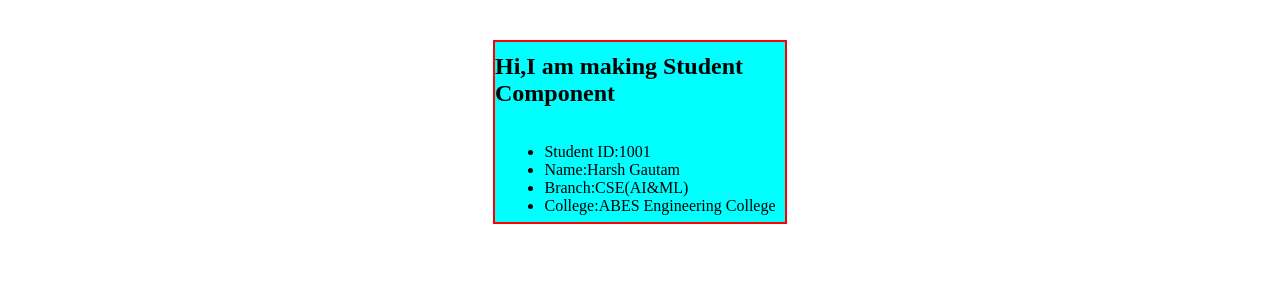
Repository: ashurauza/FSD_Sem5
Page: / (app in FSD_Sem5/CSS/ReactRevisionDOM/)
These files come from the project's save history. The page is drawn as it stood at one moment and after the next save; the edit follows.
The browser window is 1280 px wide. The pictures show the whole page.
The project was rebuilt for these pictures with package versions that can differ from the ones it lists, and the page was loaded fresh each time.

Above is the page before, as saved 2025-10-29 15:32:02.

### FSD_Sem5/CSS/ReactRevisionDOM/index.html
<!DOCTYPE html>
<html lang="en">
<head>
    <meta charset="UTF-8">
    <meta name="viewport" content="width=device-width, initial-scale=1.0">
    <title>RevisionDOM</title>
</head>
<body>
    <div id="parent"></div>
    <script src="https://unpkg.com/react@18/umd/react.development.js" crossorigin></script>
    <script src="https://unpkg.com/react-dom@18/umd/react-dom.development.js" crossorigin></script>
    <script src="student.jsx" type="module"></script>

</body>
</html>

### FSD_Sem5/CSS/ReactRevisionDOM/student.jsx



const parent = document.getElementById("parent");
const root = ReactDOM.createRoot(parent);


const h21=<h2>
    Hi,I am making Student Component
</h2>
const li11=<li>Student ID:1001</li>
const li22=<li>Name:Harsh Gautam</li>
const li33=<li>Branch:CSE(AI&ML)</li>
const li44=<li>College:ABES Engineering College</li>
const ul1=<ul>{[li11,li22,li33,li44]}</ul>
const wrapper1=(
    <>
    {h21}
    {ul1}
    </>
)

const wrapper = React.createElement("div", {style: {height: "180px",
      width: "290px",
      backgroundColor: "cyan",
      border: "2px solid red",
      margin: "40px auto",
      textAlign: "left",
      display: "flex",
      flexDirection: "column",
      justifyContent: "center",
      alignItems: "center"}}, [h21, ul1]);

root.render(wrapper);

After the next save:
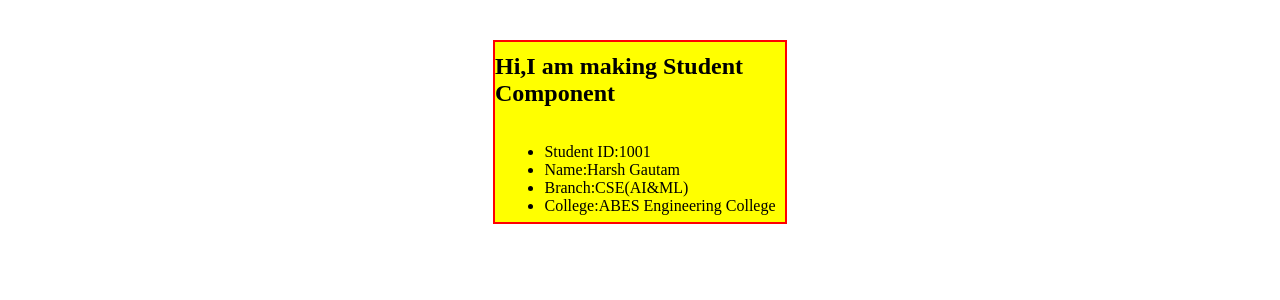
Saved 16 s later.
--- a/FSD_Sem5/CSS/ReactRevisionDOM/student.jsx
+++ b/FSD_Sem5/CSS/ReactRevisionDOM/student.jsx
@@ -22,7 +22,7 @@
 
 const wrapper = React.createElement("div", {style: {height: "180px",
       width: "290px",
-      backgroundColor: "cyan",
+      backgroundColor: "yellow",
       border: "2px solid red",
       margin: "40px auto",
       textAlign: "left",
